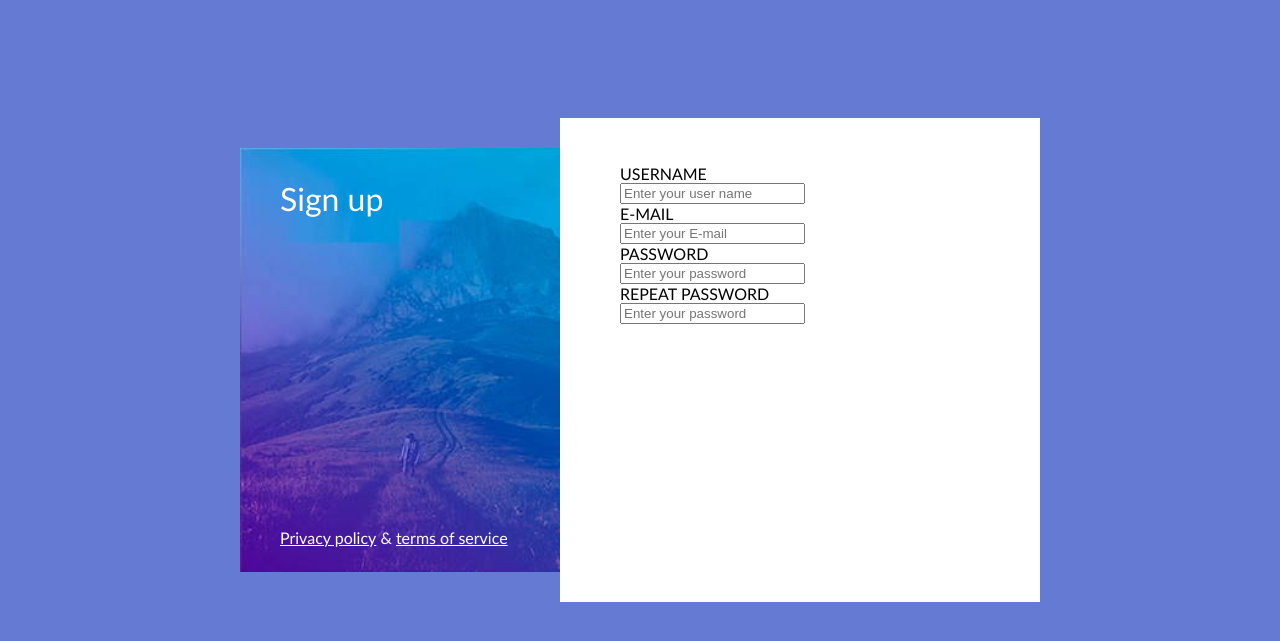
Repository: RugileG/registracijos-forma
Page: index.html
The author's editor kept a copy of each file at every save. The page is drawn from the files as they stood at one save, then again after a run of saves.
The browser window is 1280 px wide. The pictures show the whole page.

Above is the page before, as saved 2021-05-18 10:26:00.

After the next 5 saves:
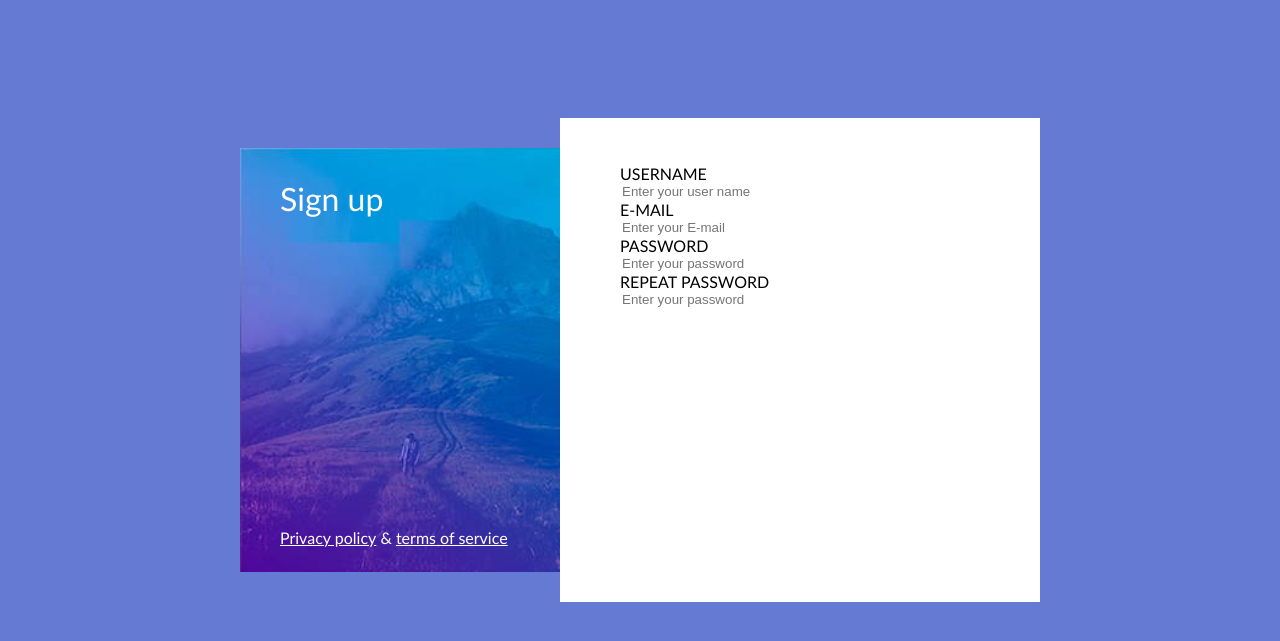
The 5 saves are shown as one change because they came seconds apart.
The last was saved 12 s later.
--- a/index.html
+++ b/index.html
@@ -81,7 +81,8 @@
 
         input {
             display: block;
-            border:
+            border: none;
+            width: 100%;
         }
 
 
